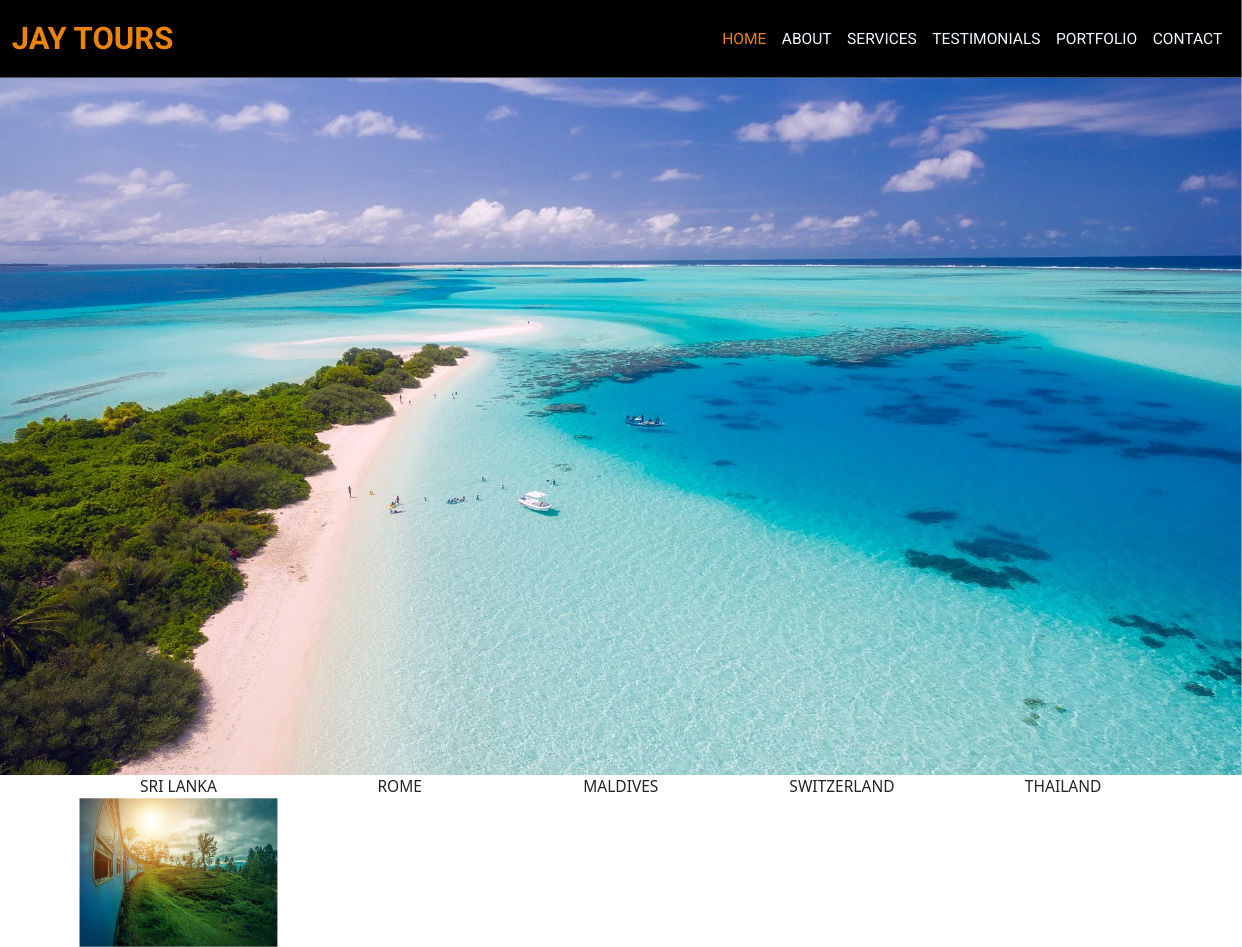
Repository: kasundiudn/Jay-Travel
Page: index.html
An editor plug-in stored every save of this project. The page is shown before and after the next save, followed by the edit.
The browser window is 1280 px wide. The pictures show the whole page, at 97% of full size.

Above is the page before, as saved 2025-06-26 10:18:15.

### index.html
<!doctype html>
<html lang="en">
  <head>
    <meta charset="utf-8">
    <meta name="viewport" content="width=device-width, initial-scale=1">
    <title>Bootstrap demo</title>
    <link rel="preconnect" href="https://fonts.googleapis.com">
    <link rel="preconnect" href="https://fonts.gstatic.com" crossorigin>
    <link href="https://fonts.googleapis.com/css2?family=Roboto:ital,wght@0,100..900;1,100..900&display=swap" rel="stylesheet">
    <link href="https://cdn.jsdelivr.net/npm/bootstrap@5.3.7/dist/css/bootstrap.min.css" rel="stylesheet" integrity="sha384-LN+7fdVzj6u52u30Kp6M/trliBMCMKTyK833zpbD+pXdCLuTusPj697FH4R/5mcr" crossorigin="anonymous">
  <style>
    header{  font-family: "Roboto", sans-serif;
           }
    .nav-link{
        color: aliceblue;
    }

  </style>
  </head>
  <body>
<header>
    <nav class="navbar navbar-expand-lg " style="background-color: black; height: 80px;">
  <div class="container-fluid">
    <a class="navbar-brand" href="#" style="color: #eb830c; font-weight: bold;  font-size:xx-large;">JAY TOURS</a>
    <button class="navbar-toggler" type="button" data-bs-toggle="collapse" data-bs-target="#navbarSupportedContent" aria-controls="navbarSupportedContent" aria-expanded="false" aria-label="Toggle navigation">
      <span class="navbar-toggler-icon"></span>
    </button>
    <div class="collapse navbar-collapse justify-content-end" id="navbarSupportedContent">
      <ul class="navbar-nav mb-2 mb-lg-0">
        <li class="nav-item">
          <a class="nav-link active" aria-current="page" href="#" style="color: #eb830c;">HOME</a>
        </li>
        <li class="nav-item">
          <a class="nav-link" href="#">ABOUT</a>
        </li>
         <li class="nav-item">
          <a class="nav-link" href="#">SERVICES</a>
        </li>
         <li class="nav-item">
          <a class="nav-link" href="#">TESTIMONIALS</a>
        </li>
         <li class="nav-item">
          <a class="nav-link" href="#">PORTFOLIO</a>
        </li>
         <li class="nav-item">
          <a class="nav-link" href="#">CONTACT</a>
        </li>
    </div>
  </div>
</nav>
</header>
<img src="main.jpg" alt="Beach image" style="width: 100%; height: auto;">

<div class="container text-center">
  <div class="row">
    <div class="col">
      SRI LANKA
      <img src="Sri Lanka.jpg" alt="SRI LANKA" style="width: 100%; height: auto;">
    </div>
    <div class="col">
      ROME
    </diV>
    <div class="col">
      MALDIVES
    </div>
    <div class="col">
      SWITZERLAND
    </div>
    <div class="col">
      THAILAND
    </div>
  </div>
</div>

    <script src="https://cdn.jsdelivr.net/npm/@popperjs/core@2.11.8/dist/umd/popper.min.js" integrity="sha384-I7E8VVD/ismYTF4hNIPjVp/Zjvgyol6VFvRkX/vR+Vc4jQkC+hVqc2pM8ODewa9r" crossorigin="anonymous"></script>
<script src="https://cdn.jsdelivr.net/npm/bootstrap@5.3.7/dist/js/bootstrap.min.js" integrity="sha384-7qAoOXltbVP82dhxHAUje59V5r2YsVfBafyUDxEdApLPmcdhBPg1DKg1ERo0BZlK" crossorigin="anonymous"></script>
  </body>
</html>

After the next save:
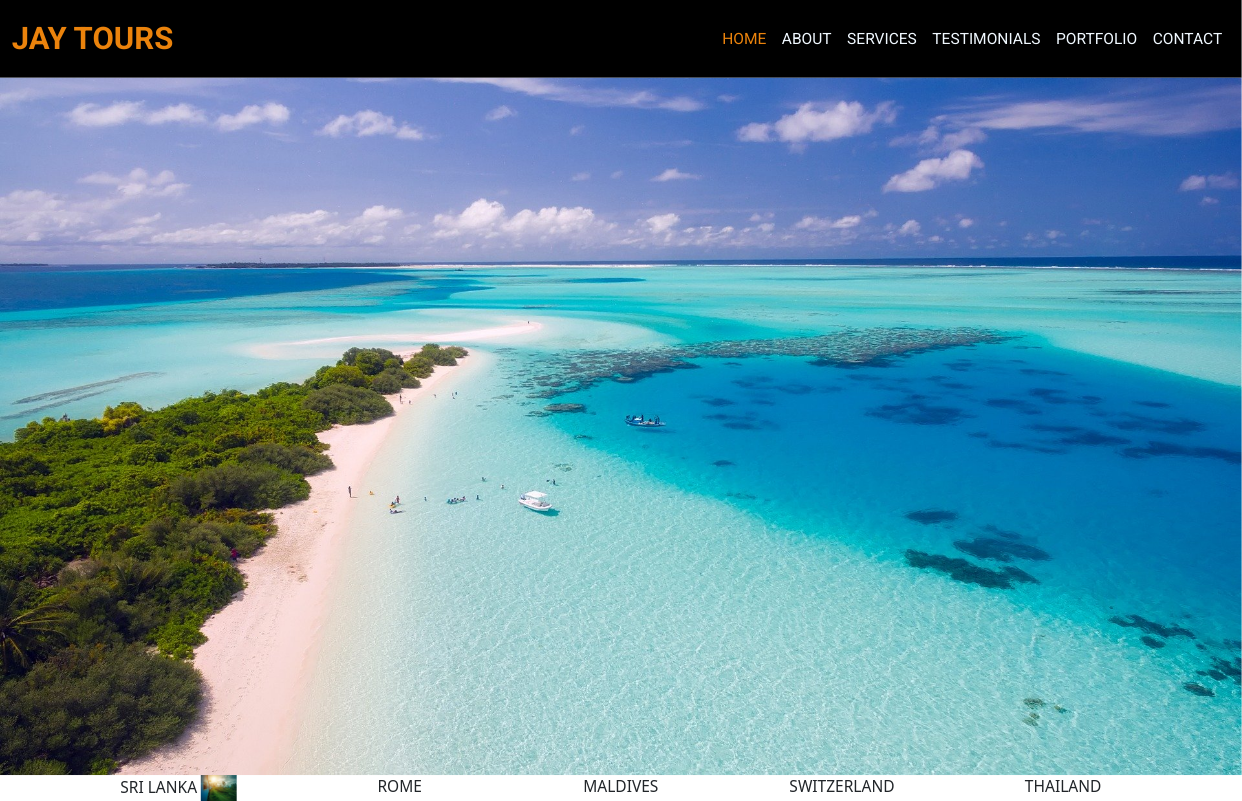
Saved 5 s later.
--- a/index.html
+++ b/index.html
@@ -55,7 +55,7 @@
   <div class="row">
     <div class="col">
       SRI LANKA
-      <img src="Sri Lanka.jpg" alt="SRI LANKA" style="width: 100%; height: auto;">
+      <img src="Sri Lanka.jpg" alt="SRI LANKA" style="width: 18%; height: auto;">
     </div>
     <div class="col">
       ROME
